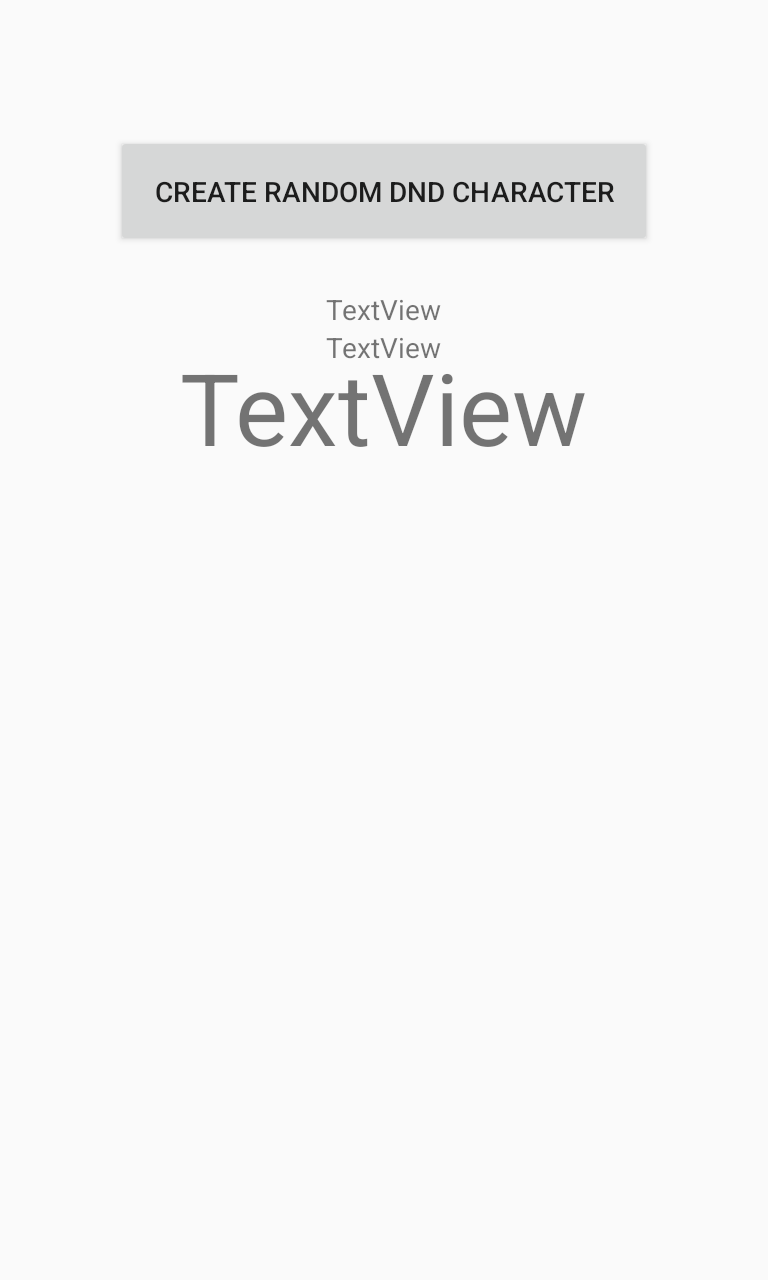
Repository: Vortelf/DnDAndroid
Layout: BuildApp/DnD/res/layout/activity_random_char.xml
The author's editor kept a copy of each file at every save. The layout is drawn from the files as they stood at one save, then again after the next save.
It is drawn on a 768 x 1280 px phone screen (xhdpi) without system bars, with theme AppTheme; the app's code is not run.

Above is the layout before, as saved 2014-11-08 17:29:42.

After the next save:
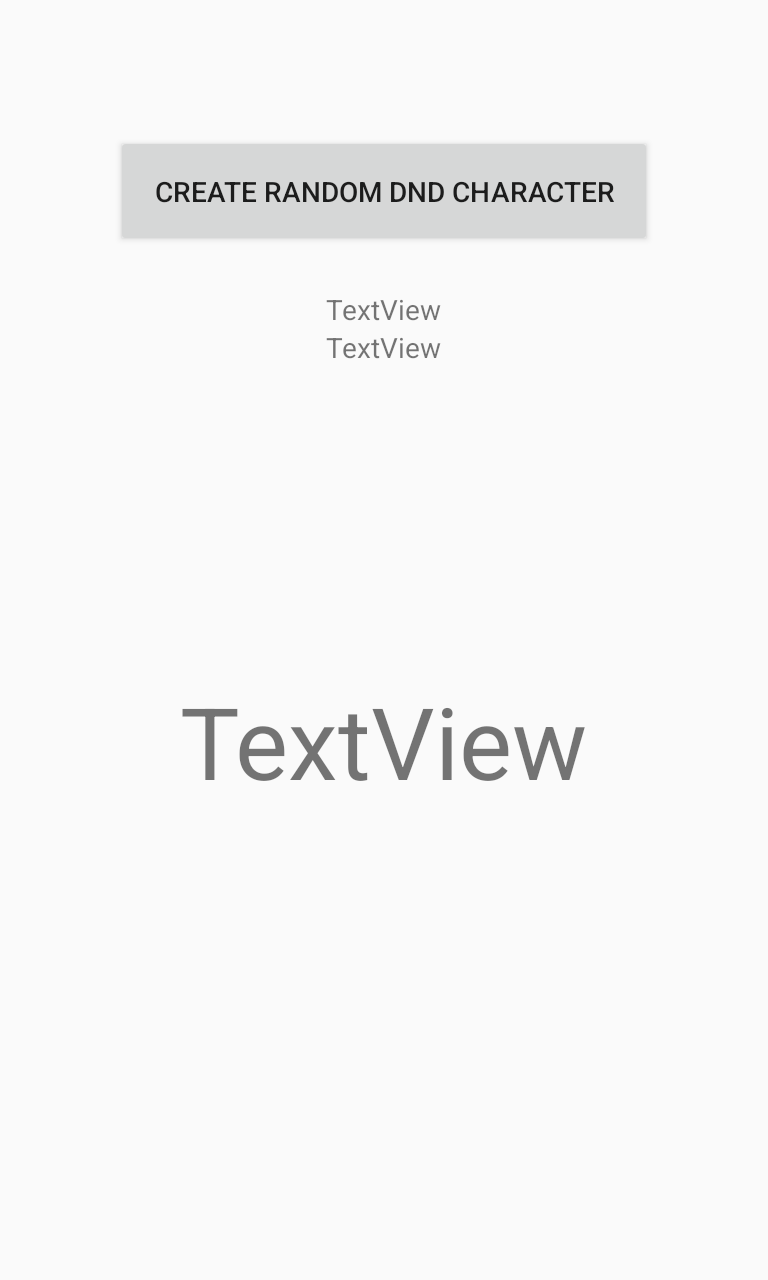
Saved 71 s later.
--- a/BuildApp/DnD/res/layout/activity_random_char.xml
+++ b/BuildApp/DnD/res/layout/activity_random_char.xml
@@ -42,6 +42,7 @@
    	    android:layout_width="wrap_content"
    	    android:layout_height="wrap_content"
    	    android:layout_centerHorizontal="true"
+   	    android:layout_below="@+id/CharStats"
    	    android:layout_marginTop="154dp"
    	    android:text="TextView"
    	    android:textSize="50sp" />
